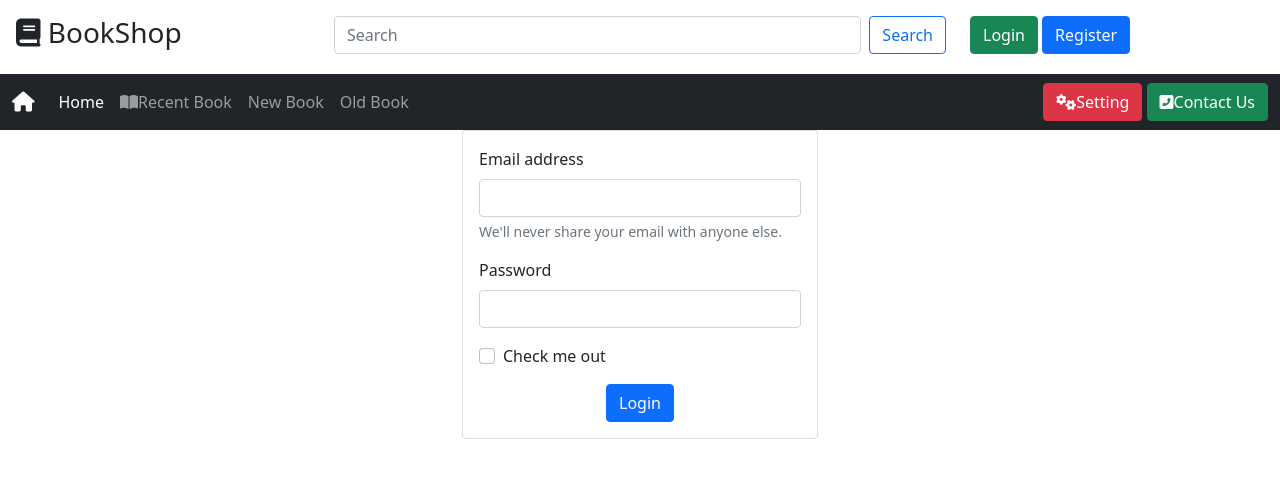
Repository: Abhishekverma23797/BookShopApp
Page: http://localhost/Ebook-App/Login.jsp
These files come from the project's save history. The page is drawn as it stood at one moment and after the next save; the edit follows.
The browser window is 1280 px wide. The pictures show the whole page.
The page is served by Tomcat 9.

Above is the page before, as saved 2021-12-07 12:15:44.

After the next save:
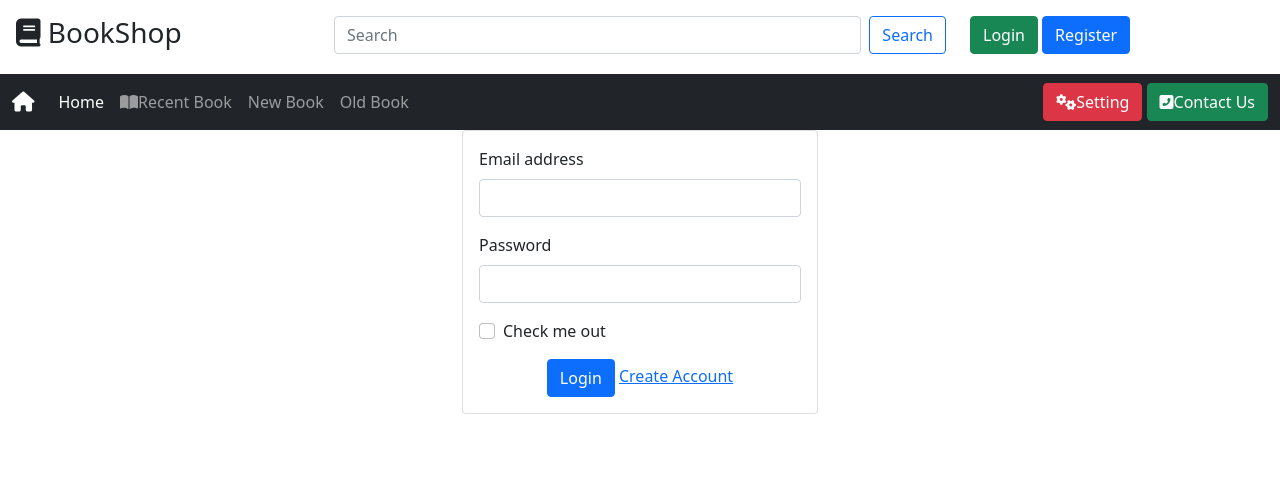
Saved 68 s later.
--- a/Ebook-App/src/main/webapp/Login.jsp
+++ b/Ebook-App/src/main/webapp/Login.jsp
@@ -22,8 +22,7 @@
 								<label for="exampleInputEmail1" class="form-label">Email
 									address</label> <input type="email" class="form-control"
 									id="exampleInputEmail1" aria-describedby="emailHelp">
-								<div id="emailHelp" class="form-text">We'll never share
-									your email with anyone else.</div>
+
 							</div>
 							<div class="mb-3">
 								<label for="exampleInputPassword1" class="form-label">Password</label>
@@ -37,6 +36,7 @@
 							</div>
 							 <div class="text-center">
 							<button type="submit" class="btn btn-primary">Login</button>
+							<a href="Register.jsp">Create Account</a>
 							</div>
 						</form>
 
